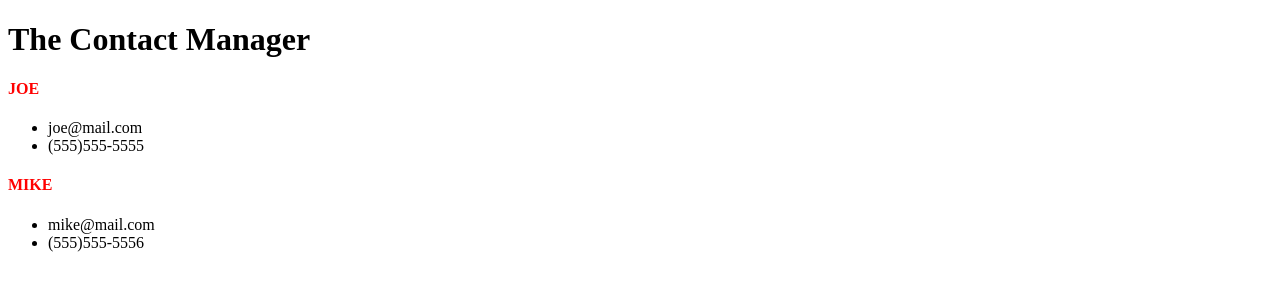
Repository: MikeTroianello/Contact-Manager
Page: /test
These files come from the project's save history. The page is drawn as it stood at one moment and after the next save; the edit follows.
The browser window is 1280 px wide. The pictures show the whole page.
The project was rebuilt for these pictures with package versions that can differ from the ones it lists, and the page was loaded fresh each time. Also part of the build but not shown: src/App.css.

Above is the page before, as saved 2019-05-19 00:12:59.

### src/App.js
import React from "react";
import Contact from "./components/Contact";
import "./App.css";
import Header from "./components/Header";

function App() {
  return (
    <div className="App">
      <Header branding="The Contact Manager" />
      <Contact name="Joe" email="joe@mail.com" phone="(555)555-5555" />
      <Contact name="Mike" email="mike@mail.com" phone="(555)555-5556" />
    </div>
  );
}

export default App;

### src/components/Contact.js
import React, { Component } from "react";
import PropTypes from "prop-types";
import "./contact.css";

class Contact extends Component {
  render() {
    const { name, email, phone } = this.props;
    return (
      <div>
        <h4>{name}</h4>
        <ul>
          <li>{email}</li>
          <li>{phone}</li>
        </ul>
      </div>
    );
  }
}

Contact.propTypes = {
  name: PropTypes.string.isRequired,
  email: PropTypes.string.isRequired,
  phone: PropTypes.string.isRequired
};

export default Contact;

### src/components/Header.js
import React from "react";
import PropTypes from "prop-types";

const Header = props => {
  const { branding } = props;
  return (
    <div>
      <h1>{branding}</h1>
    </div>
  );
};

Header.defaultProps = {
  branding: "My App"
};

Header.propTypes = {
  branding: PropTypes.string.isRequired
};

export default Header;

### src/components/contact.css
h4 {
  color: red;
  text-transform: uppercase;
}

Loaded but not shown: src/index.js (common file); src/serviceWorker.js (common file)

After the next save:
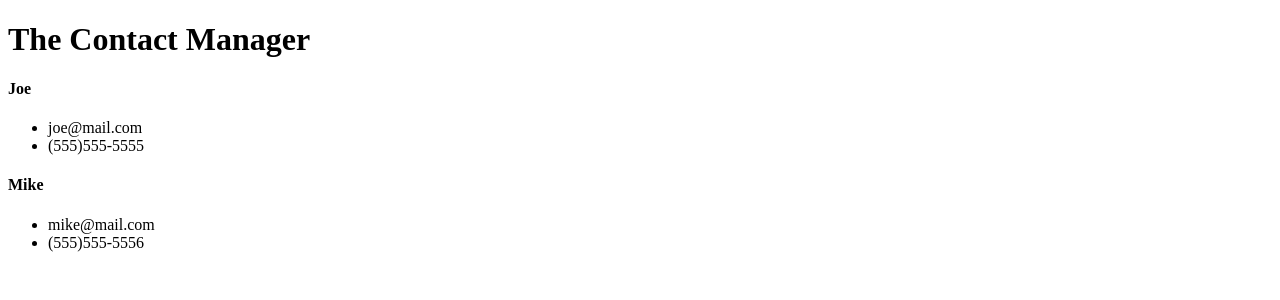
Saved 20 s later.
--- a/src/components/Contact.js
+++ b/src/components/Contact.js
@@ -1,6 +1,5 @@
 import React, { Component } from "react";
 import PropTypes from "prop-types";
-import "./contact.css";
 
 class Contact extends Component {
   render() {
